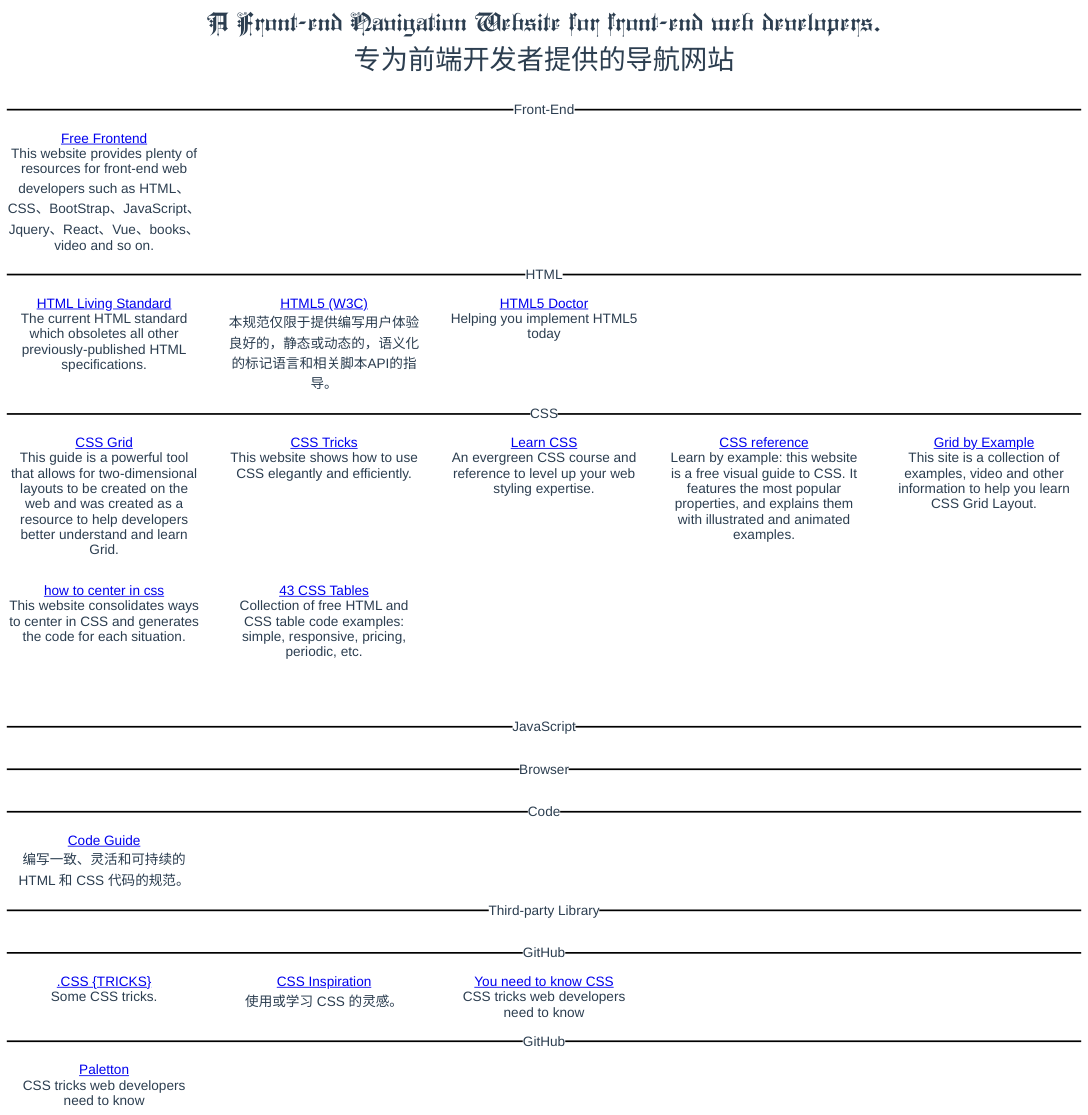
Repository: 321paranoiawhy/fenav.io
Page: /
The author's editor kept a copy of each file at every save. The page is drawn from the files as they stood at one save, then again after a run of saves.
The browser window is 1280 px wide. The pictures show the whole page, at 85% of full size.
The project was rebuilt for these pictures with package versions that can differ from the ones it lists, and the page was loaded fresh each time. Also part of the build but not shown: vue.config.js.

Above is the page before, as saved 2022-04-06 01:01:45.

After the next 2 saves:
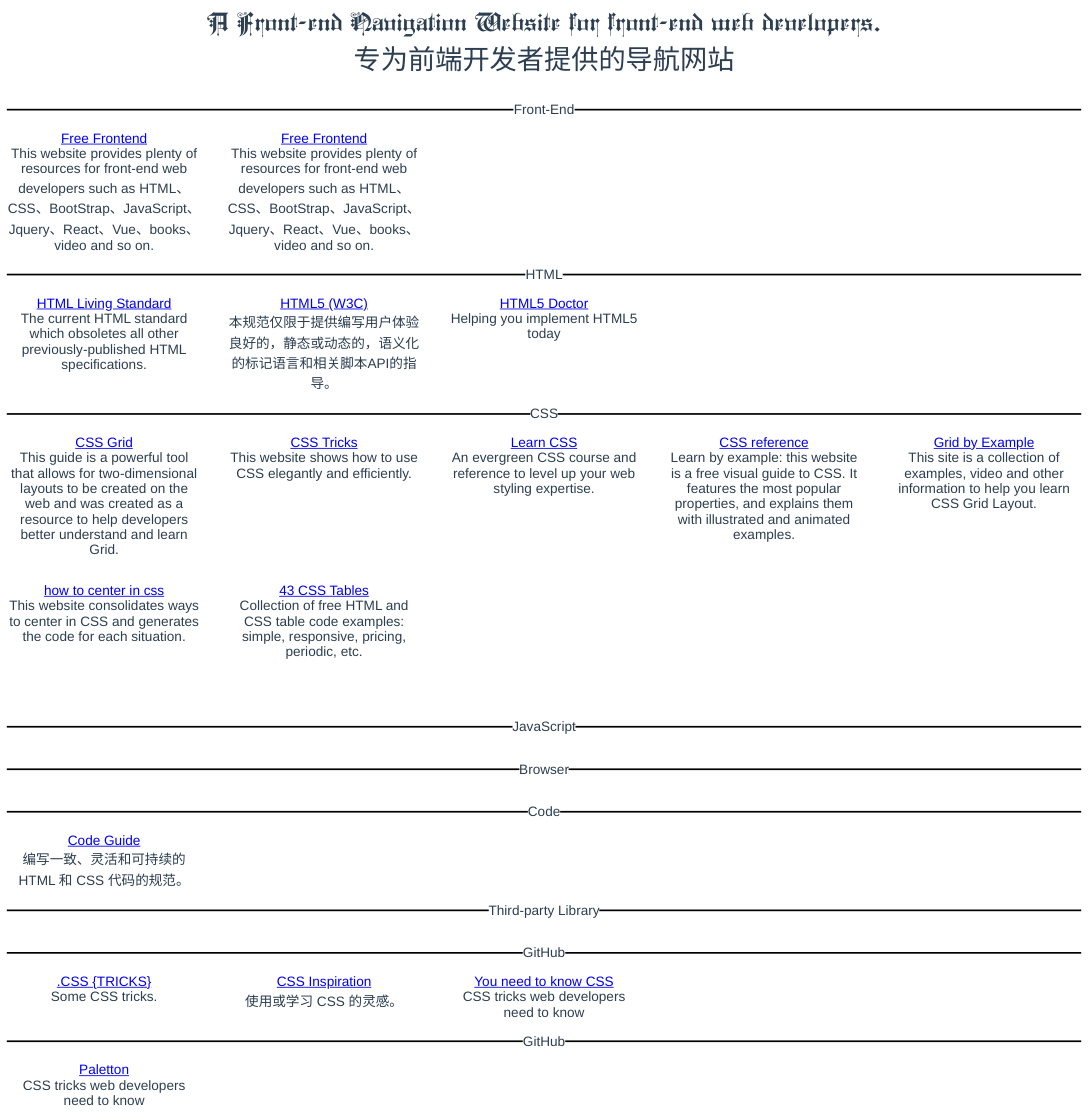
The 2 saves are shown as one change because they came seconds apart.
The last was saved 12 s later.
--- a/src/views/HomeView.vue
+++ b/src/views/HomeView.vue
@@ -7,11 +7,21 @@
     <p class="divider">Front-End</p>
     <div id="frontend" class="main">
         <div class="card">
-            <a class="url" href="https://freefrontend.com/"
-                >Free Frontend</a
-            >
-            <div class="description">
-                This website provides plenty of resources for front-end web developers such as HTML、CSS、BootStrap、JavaScript、Jquery、React、Vue、books、video and so on.
+            <a class="url" href="https://freefrontend.com/">Free Frontend</a>
+            <div class="description">
+                This website provides plenty of resources for front-end web
+                developers such as
+                HTML、CSS、BootStrap、JavaScript、Jquery、React、Vue、books、video
+                and so on.
+            </div>
+        </div>
+        <div class="card">
+            <a class="url" href="https://freefrontend.com/">Free Frontend</a>
+            <div class="description">
+                This website provides plenty of resources for front-end web
+                developers such as
+                HTML、CSS、BootStrap、JavaScript、Jquery、React、Vue、books、video
+                and so on.
             </div>
         </div>
     </div>
